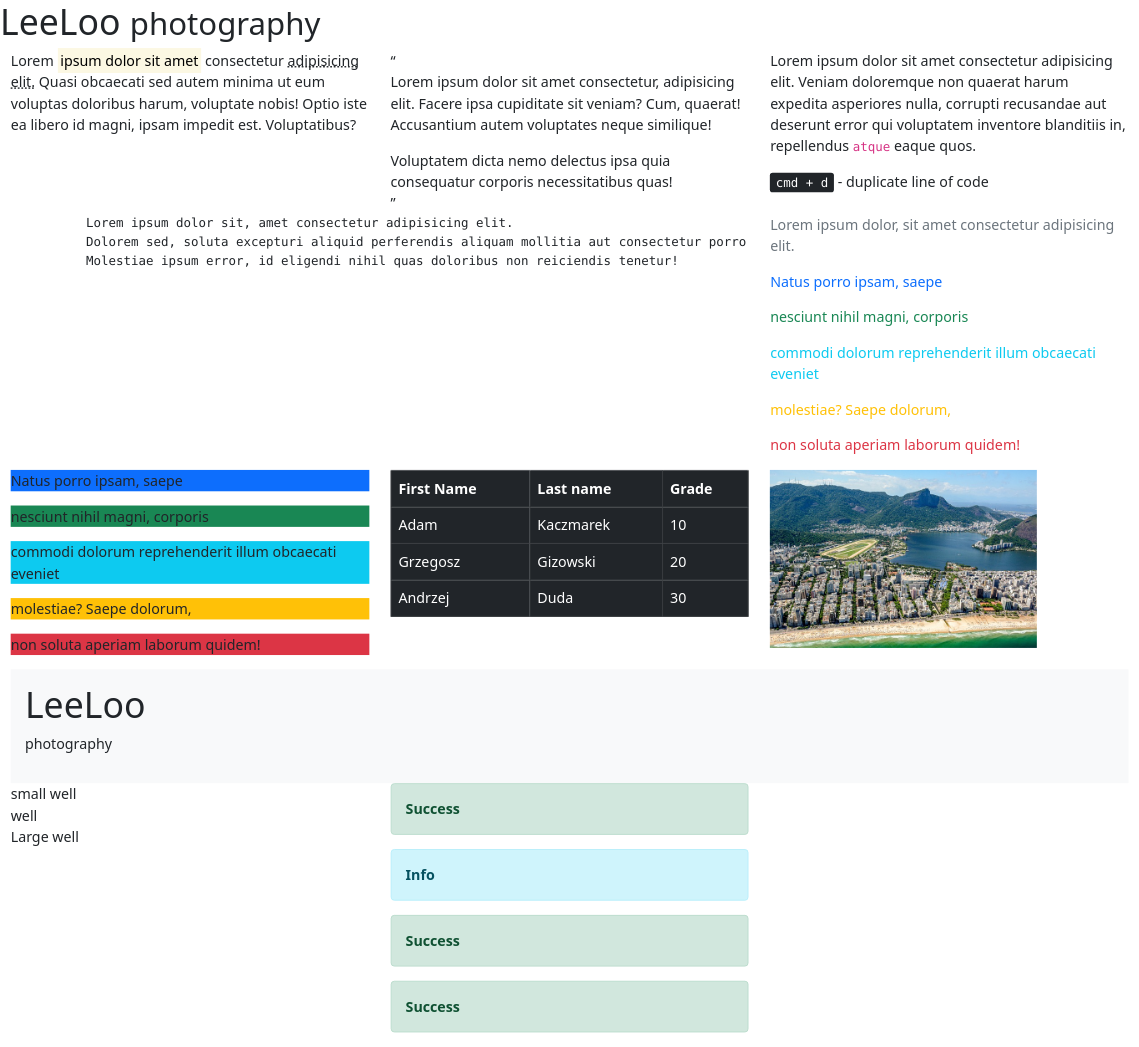
Repository: Zyzik-33/bootstrap-test
Page: index.html
An editor plug-in stored every save of this project. The page is shown before and after the next save, followed by the edit.
The browser window is 1280 px wide. The pictures show the whole page, at 89% of full size.

Above is the page before, as saved 2021-01-27 20:40:30.

### index.html
<!DOCTYPE html>
<html lang="en">
<head>
  <title>LeeLoo</title>
  <meta charset="UTF-8">
  <meta name="viewport" content="width=device-width, initial-scale=1.0">
  <link href="https://cdn.jsdelivr.net/npm/bootstrap@5.0.0-beta1/dist/css/bootstrap.min.css" rel="stylesheet" integrity="sha384-giJF6kkoqNQ00vy+HMDP7azOuL0xtbfIcaT9wjKHr8RbDVddVHyTfAAsrekwKmP1" crossorigin="anonymous">
  <script src="https://ajax.googleapis.com/ajax/libs/jquery/3.5.1/jquery.min.js"></script>
  <script src="https://cdn.jsdelivr.net/npm/bootstrap@5.0.0-beta1/dist/js/bootstrap.bundle.min.js" integrity="sha384-ygbV9kiqUc6oa4msXn9868pTtWMgiQaeYH7/t7LECLbyPA2x65Kgf80OJFdroafW" crossorigin="anonymous"></script>
</head>
<body>
  <h1>LeeLoo <small>photography</small> </h1>
  <div class="container-fluid">

    <div class="row">
      <div class="col-lg-4">Lorem <mark>ipsum dolor sit amet</mark> consectetur <abbr title="Explanation">adipisicing elit.</abbr> Quasi obcaecati sed autem minima ut eum voluptas doloribus harum, voluptate nobis! Optio iste ea libero id magni, ipsam impedit est. Voluptatibus?</div>
      <div class="col-lg-4">
        <q cite="http://developer.mozilla.org">
          <p>
            Lorem ipsum dolor sit amet consectetur, adipisicing elit. Facere ipsa cupiditate sit veniam? Cum, quaerat!
             Accusantium autem voluptates neque similique!
          </p>
          <footer>
            Voluptatem dicta nemo delectus ipsa quia consequatur corporis necessitatibus quas!
          </footer>
        </q>
      </div>
      <div class="col-lg-4">
        <blockquote class="blockquote-reverse">
          <p>
            Lorem ipsum dolor sit amet consectetur adipisicing elit.
            Veniam doloremque non quaerat harum expedita asperiores nulla,
            corrupti recusandae aut deserunt error qui voluptatem inventore
            blanditiis in, repellendus <code>atque</code> eaque quos.
          </p>
          <footer><kbd>cmd + d</kbd> - duplicate line of code</footer>
        </blockquote>
      </div>
    </div>
    <div class="row">
      <div class="col-lg-8">
        <pre>
          Lorem ipsum dolor sit, amet consectetur adipisicing elit.
          Dolorem sed, soluta excepturi aliquid perferendis aliquam mollitia aut consectetur porro.
          Molestiae ipsum error, id eligendi nihil quas doloribus non reiciendis tenetur!
        </pre>
      </div>
      <div class="col-lg-4">
       <p class="text-muted"> Lorem ipsum dolor, sit amet consectetur adipisicing elit.</p>
       <p class="text-primary">Natus porro ipsam, saepe</p>
       <p class="text-success">nesciunt nihil magni, corporis</p>
       <p class="text-info">commodi dolorum reprehenderit illum obcaecati eveniet</p>
       <p class="text-warning">molestiae? Saepe dolorum,</p>
       <p class="text-danger">non soluta aperiam laborum quidem!</p>
      </div>
    </div>
    <div class="row">
      <div class="col-lg-4">
       <p class="bg-primary">Natus porro ipsam, saepe</p>
       <p class="bg-success">nesciunt nihil magni, corporis</p>
       <p class="bg-info">commodi dolorum reprehenderit illum obcaecati eveniet</p>
       <p class="bg-warning">molestiae? Saepe dolorum,</p>
       <p class="bg-danger">non soluta aperiam laborum quidem!</p>
      </div>
      <div class="col-lg-4">
        <table class="table table-hover table-dark table-bordered">
          <!-- table-striped, table-bordered, table-hover, table-dark -->
          <thead>
            <tr>
              <th scope="col">First Name</th>
              <th scope="col">Last name</th>
              <th scope="col">Grade</th>
            </tr>
          </thead>
          <tbody>
            <tr>
              <td scope="row">Adam</td>
              <td>Kaczmarek</td>
              <td>10</td>
            </tr>
            <tr>
              <td scope="row">Grzegosz</td>
              <td>Gizowski</td>
              <td>20</td>
            </tr>
            <tr>
              <td scope="row">Andrzej</td>
              <td>Duda</td>
              <td>30</td>
            </tr>
          </tbody>
        </table>
      </div>
      <div class="col-lg-4">
        <img src="./assets/images/brazil-4809010_640.jpg" width="300" alt="brazil">
      </div>
    </div>
    <div class="row">
      <div class="col-lg-12">
        <div class="bg-light p-3">
          <h1>LeeLoo</h1>
          <p>photography</p>
        </div>
      </div>
    </div>
    <div class="row">
      <div class="col-lg-4">
        <div class="well well-sm">small well</div>
        <div class="well">well</div>
        <div class="well well-lg">Large well</div>
      </div>
      <div class="col-lg-4">
        <div class="alert alert-success">
          <strong>Success</strong>
        </div>
        <div class="alert alert-info">
          <strong>Info</strong>
        </div>
        <div class="alert alert-success">
          <strong>Success</strong>
        </div>
        <div class="alert alert-success">
          <strong>Success</strong>
        </div>
      </div>
      <div class="col-lg-4"></div>
    </div>
  </div>
</body>
</html>

After the next save:
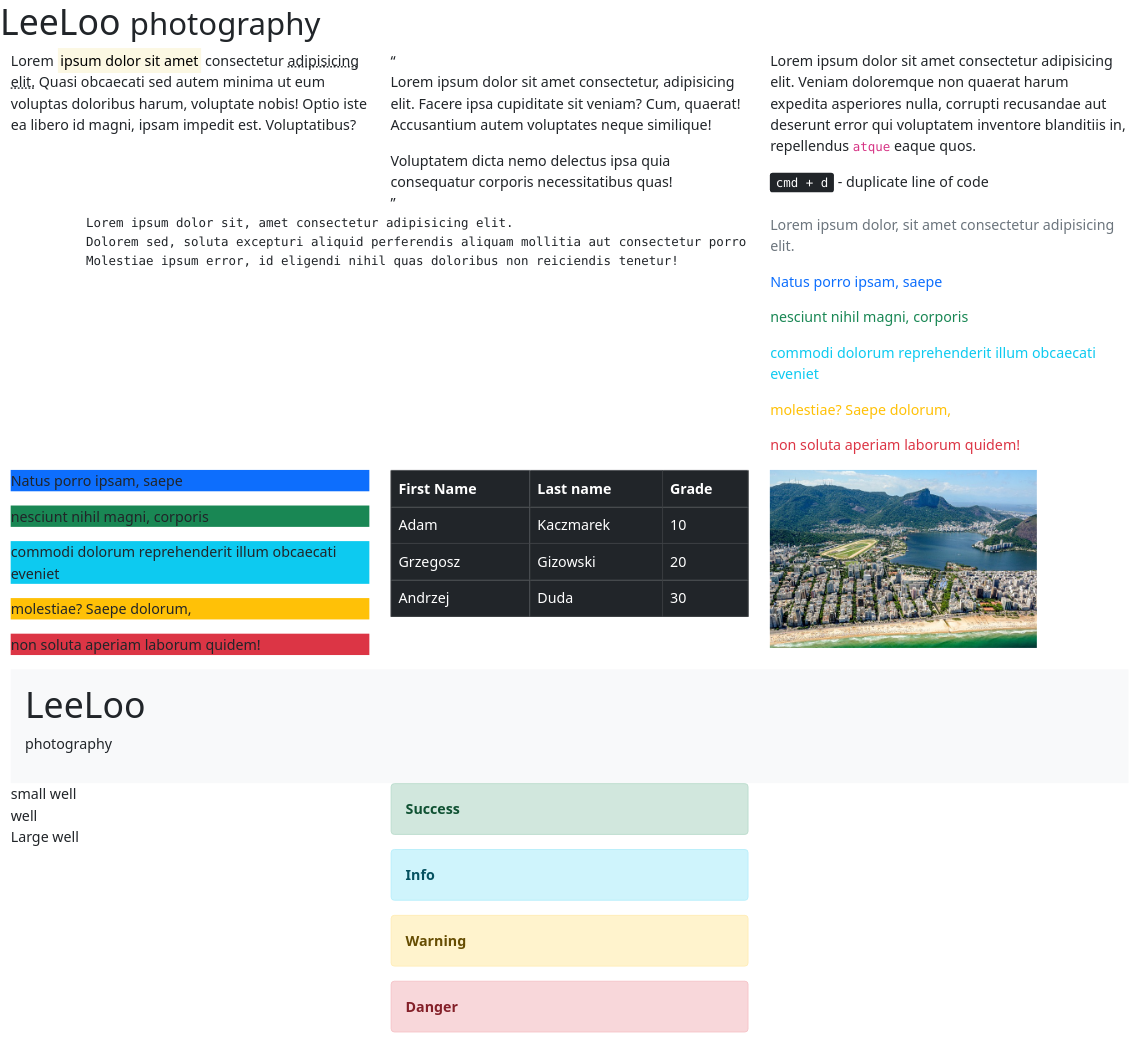
Saved 46 s later.
--- a/index.html
+++ b/index.html
@@ -116,11 +116,11 @@
         <div class="alert alert-info">
           <strong>Info</strong>
         </div>
-        <div class="alert alert-success">
-          <strong>Success</strong>
+        <div class="alert alert-warning">
+          <strong>Warning</strong>
         </div>
-        <div class="alert alert-success">
-          <strong>Success</strong>
+        <div class="alert alert-danger">
+          <strong>Danger</strong>
         </div>
       </div>
       <div class="col-lg-4"></div>
